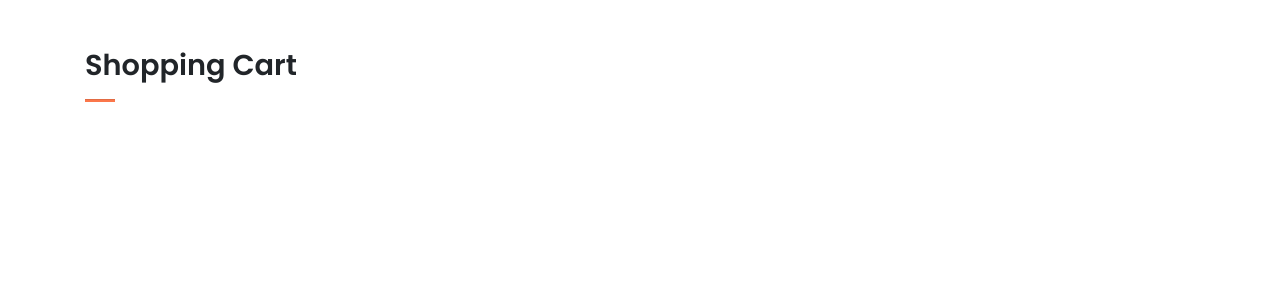
Repository: peter417waweru/e-commerce-UI
Page: cart.html
The author's editor kept a copy of each file at every save. The page is drawn from the files as they stood at one save, then again after the next save.
The browser window is 1280 px wide. The pictures show the whole page.
Some web libraries are served in a nearby version.

Above is the page before, as saved 2025-02-09 08:24:16.
Console error: TypeError: Cannot set properties of undefined (setting 'onclick')

### cart.html
<!DOCTYPE html>
<html lang="en">

    <head>
        <meta charset="UTF-8">
        <meta http-equiv="X-UA-Compatible" content="IE=edge">
        <meta name="viewport" content="width=device-width, initial-scale=1.0">
        <title>Ecommerce Website1</title>

        <link rel="stylesheet" href="https://cdn.jsdelivr.net/npm/bootstrap@4.1.3/dist/css/bootstrap.min.css"
        integrity="sha384-MCw98/SFnGE8fJT3GXwEOngsV7Zt27NXFoaoApmYm81iuXoPkFOJwJ8ERdknLPMO" crossorigin="anonymous">

        <link rel="stylesheet" href="https://pro.fontawesome.com/releases/v5.10.0/css/all.css" />

        <link rel="stylesheet" href="./style.css">
        <link rel="stylesheet" href="./cart.css">
    </head>

    <body>

        <section id="cart-home" class="container pt-5">
            <h2>Shopping Cart</h2>
            <hr>
        </section>




        <script src="https://cdn.jsdelivr.net/npm/@popperjs/core@2.9.1/dist/umd/popper.min.js"
            integrity="sha384-SR1sx49pcuLnqZUnnPwx6FCym0wLsk5JZuNx2bPPENzswTNFaQU1RDvt3wT4gWFG"
            crossorigin="anonymous">
        </script>
        <script src="https://cdn.jsdelivr.net/npm/bootstrap@5.0.0-beta3/dist/js/bootstrap.min.js"
            integrity="sha384-j0CNLUeiqtyaRmlzUHCPZ+Gy5fQu0dQ6eZ/xAww941Ai1SxSY+0EQqNXNE6DZiVc"
            crossorigin="anonymous">
        </script>
        <script src="scripts.js"></script>
    </body>

</html>

### style.css
@import url("https://fonts.googleapis.com/css2?family=Poppins:wght@100;200;300;400;500;600;700;800;900&display=swap");
* {
  margin: 0;
  padding: 0;
  box-sizing: border-box;
}

body {
  font-family: "Poppins", sans-serif;
}

h1 {
  font-size: 2.5rem;
  font-weight: 700;
}

h2 {
  font-size: 1.8rem;
  font-weight: 600;
}

h3 {
  font-size: 1.4rem;
  font-weight: 800;
}

h4 {
  font-size: 1.1rem;
  font-weight: 600;
}

h5 {
  font-size: 1rem;
  font-weight: 400;
  color: #1d1d1d;
}

h6 {
  color: #d8d8d8;
}

hr {
  width: 30px;
  height: 2px;
  background-color: #fb774b;
}

.star {
  padding: 10px 0;
}

.star i{
  font-size: 0.8rem;
  color: goldenrod;
}

button {
  font-size: 0.8rem;
  font-weight: 700;
  outline: none;
  border: none;
  background-color: #1d1d1d;
  color: aliceblue;
  padding: 13px 30px;
  cursor: pointer;
  text-transform: uppercase;
  transition: 0.3s ease;
}

button:hover {
  background-color: #3a3833;
}

hr {
  width: 30px;
  height: 2px;

}

.navbar {
  font-size: 16px;
  background-color: #d8d8d8;
  top: 0;
  left: 0;
  box-shadow: 0 5px 10px rgba(0, 0, 0, 0.1);
}

.navbar-light .navbar-nav .nav-link{
  padding: 0 20px;
  color: black;
  transition: 0.3s ease;
}

.navbar-light .navbar-nav .nav-link:hover,
.navbar i:hover,
.navbar-light .navbar-nav .nav-link.active,
.navbar i.active
{
  color: coral;
}



.navbar i{
  font-size: 1.2rem;
  padding: 0 7px;
  cursor: pointer;
  transition: 0.3s ease;
}

/* Mobile Nav*/


.navbar-light .navbar-toggler{
  border: none;
  outline: none;
}

#bar {
  font-size: 1.5rem;
  padding: 7px;
  cursor: pointer;
  font-weight: 500;
  color: black;
  transition: 0.3s ease;
}

#bar:hover,
#bar.active{
  color: #fff;
}

@media only screen and (max-width: 990px) {

  body > nav > div > button:hover ,
  body > nav > div > button:focus {
    background-color: #fb774b;
  }

  body > nav > div > button:hover #bar,
  body > nav > div > button:focus #bar {
    background-color: #fb774b;
  }

  #navbarSupportedContent > ul {
    margin: 1rem;
    justify-content: flex-end;
    align-items: flex-end;
    text-align: right;
  }

  #navbarSupportedContent > ul > li:nth-child(n) > a {
    padding: 10px 0;
  }
}


#home {
  background-image: url("img/back.jpg");
  width: 100%;
  height: 100vh;
  background-size: cover;
  background-position: top 70px center;
  display: flex;
  flex-direction: column;
  align-items: flex-start;
  justify-content: center;

}

#home span{
  color: coral;
}

#new .one img{
  width: 100%;
  height: 100%;
  background-position: center center;
  background-repeat: no-repeat;
  background-size: cover;
  position: relative;
}


#new .row .one .details{
  position: absolute;
  width: 100%;
  height: 100%;
  top: 0;
  left: 0;
  transition: 0.3s ease;
}

#new .row .one:hover .details{
  cursor: pointer;
  background-color: rgba(255, 178, 178, 0.8);
}

#new .row .one .details button{
 display: inline-block;
 font-size: 14px;
 font-weight: 500;
 color: #2a2a2a;
 background: none;
 text-transform: uppercase;
 border-bottom: 1px solid #2a2a2a;
 padding: 1.5px;
 transform: translateY(70px);
 transition: 0.3s ease;
}

#new .row .one .details button:hover{
  cursor: pointer;
  color: #fff;
  border-bottom: 1px solid #fff;
}

#new .row .one:nth-child(1) .details{
  display: flex;
  justify-content: center;
  flex-direction: column;
  align-items: flex-start;
  text-align: start;
}

#new .row .one:nth-child(2) .details{
  display: flex;
  justify-content: center;
  flex-direction: column;
  align-items: center;
  text-align: center;
}

#new .row .one:nth-child(3) .details{
  display: flex;
  justify-content: center;
  flex-direction: column;
  align-items: flex-end;
  text-align: end;
}

/*Products*/

.product {
  cursor: pointer;
  margin-bottom: 2rem;
}

.product img{
  transition: 0.3s all;

}

.product img:hover{
  opacity: 0.7;
}

.product .buy-btn{
  background: #fb774b;
  transform: translateY(20px);
  opacity: 0;
  transition: 0.3s all;
}
.product:hover .buy-btn{
  transform: translateY(0px);
  opacity: 1;
}

#banner {
  background-image: url("img/banner/2.jpg");
  width: 100%;
  height: 60vh;
  background-size: cover;
  background-position: top 70px center;
  background-repeat: no-repeat;
  background-attachment: fixed;
  display: flex;
  flex-direction: column;
  align-items: flex-start;
  justify-content: center;
}

#banner h4{
  color: #D8D8D8;
}

#banner h1{
  color: #D8D8D8;
}

#banner button{
  background-color: #fb774b;
}

footer{
  background-color: #222222;
}

footer h4 {
  color: #D8D8D8;
  font-size: 1.2rem;
  font-weight: 700;
}

footer li {
  padding-bottom: 4px;
}

footer li a {
  font-size: 0.8rem;
  color: #999;
}

footer li a:hover {
  color: #D8D8D8;
}

footer p{
  color: #999;
  font-size: 0.8rem;
}

footer .copyright a{
  color: #000;
  width: 38px;
  height: 38px;
  background-color: #fff;
  display: inline-block;
  text-align: center;
  line-height: 38px;
  border-radius: 50%;
  transition: 0.3s ease;
  margin: 0 5px;

}

footer .copyright a:hover{
  color: #fff;
  background-color: #fb774b;
}

### scripts.js
var MainImg = document.getElementById('MainImg');
var SmallImg = document.getElementsByClassName('small-img');

SmallImg[0].onclick = function(){
    MainImg.src = SmallImg[0].src;
}
SmallImg[1].onclick = function(){
    MainImg.src = SmallImg[1].src;
}
SmallImg[2].onclick = function(){
    MainImg.src = SmallImg[2].src;
}
SmallImg[3].onclick = function(){
    MainImg.src = SmallImg[3].src;
}

Loaded but not shown: cart.css (no stored copy; drawn as an empty file)

After the next save:
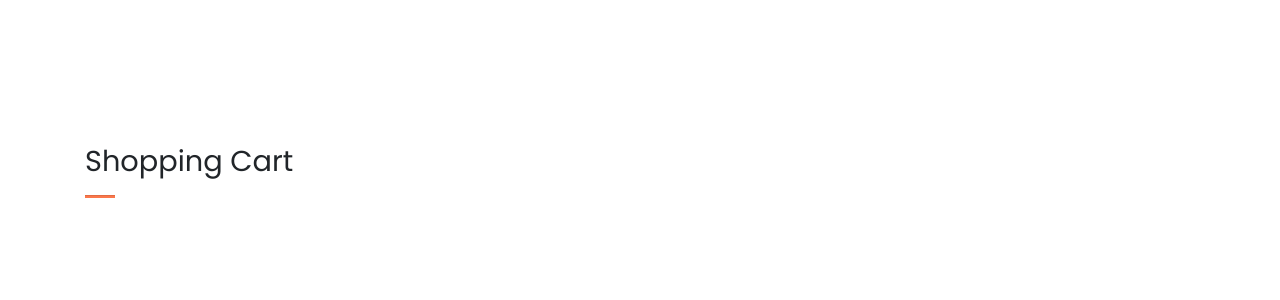
Saved 46 s later.
--- a/cart.html
+++ b/cart.html
@@ -18,8 +18,8 @@
 
     <body>
 
-        <section id="cart-home" class="container pt-5">
-            <h2>Shopping Cart</h2>
+        <section id="cart-home" class="container pt-5 mt-5">
+            <h2 class="font-weight-normal pt-5">Shopping Cart</h2>
             <hr>
         </section>
 
